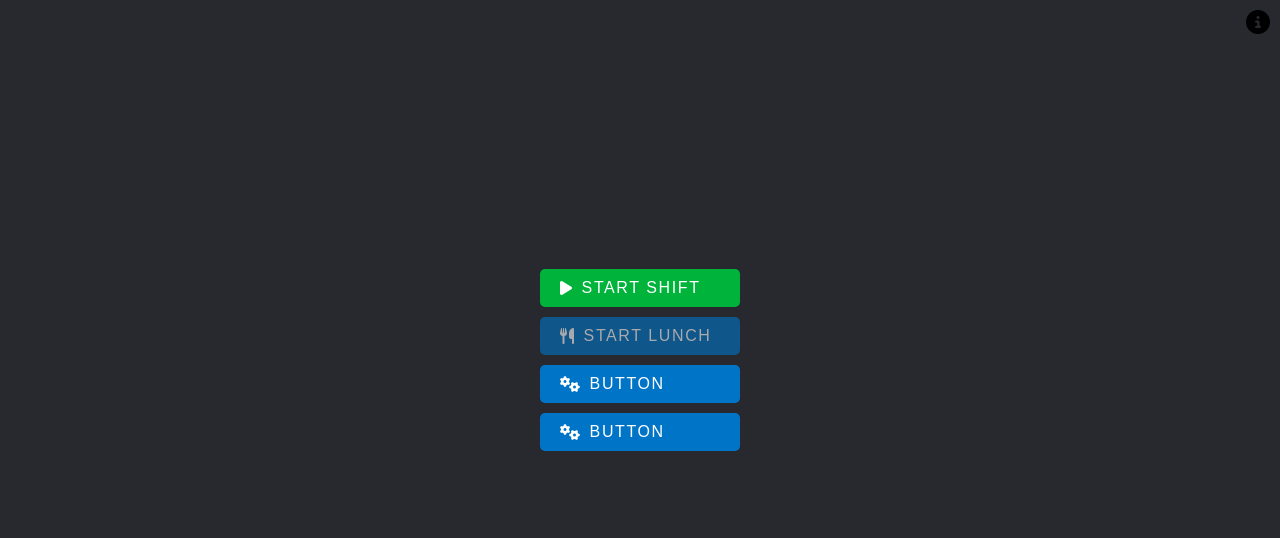
Repository: Philip-Rogers/button-state
Page: experiment.html
An editor plug-in stored every save of this project. The page is shown before and after a run of saves, followed by the edit.
The browser window is 1280 px wide. The pictures show the whole page.

Above is the page before, as saved 2024-08-14 18:15:08.

After the next 2 saves:
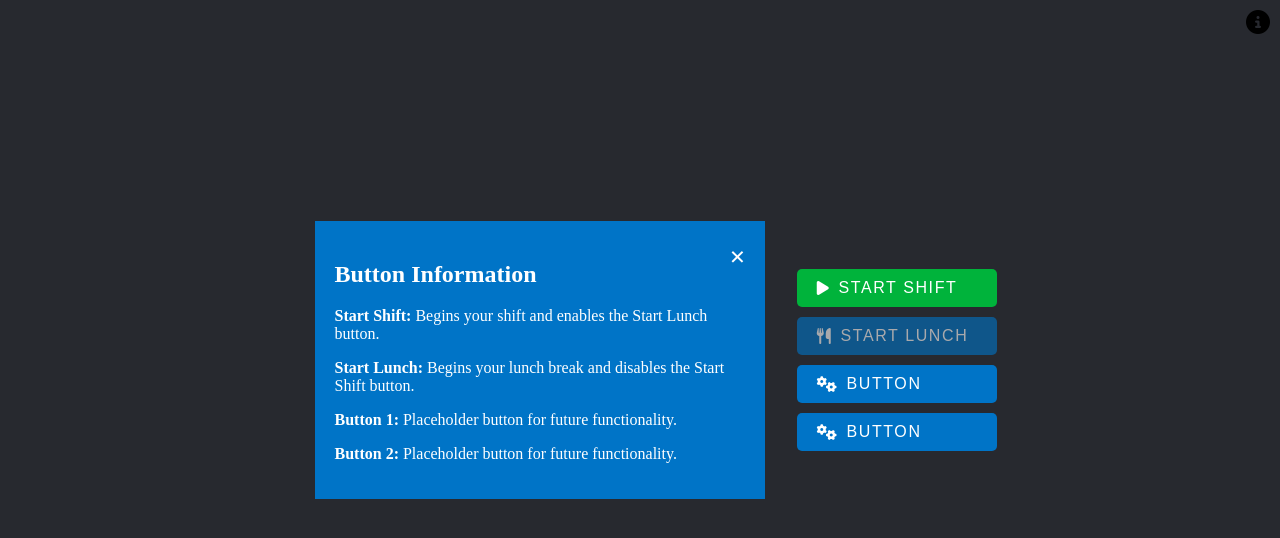
The 2 saves are shown as one change because they came seconds apart.
The last was saved 24 s later.
--- a/experiment.html
+++ b/experiment.html
@@ -11,6 +11,7 @@
         crossorigin="anonymous" referrerpolicy="no-referrer" />
     <style>
         /* Modal styles */
+        .info
         .modal {
             display: none;
             /* Hidden by default */

After the 6 saves that followed:
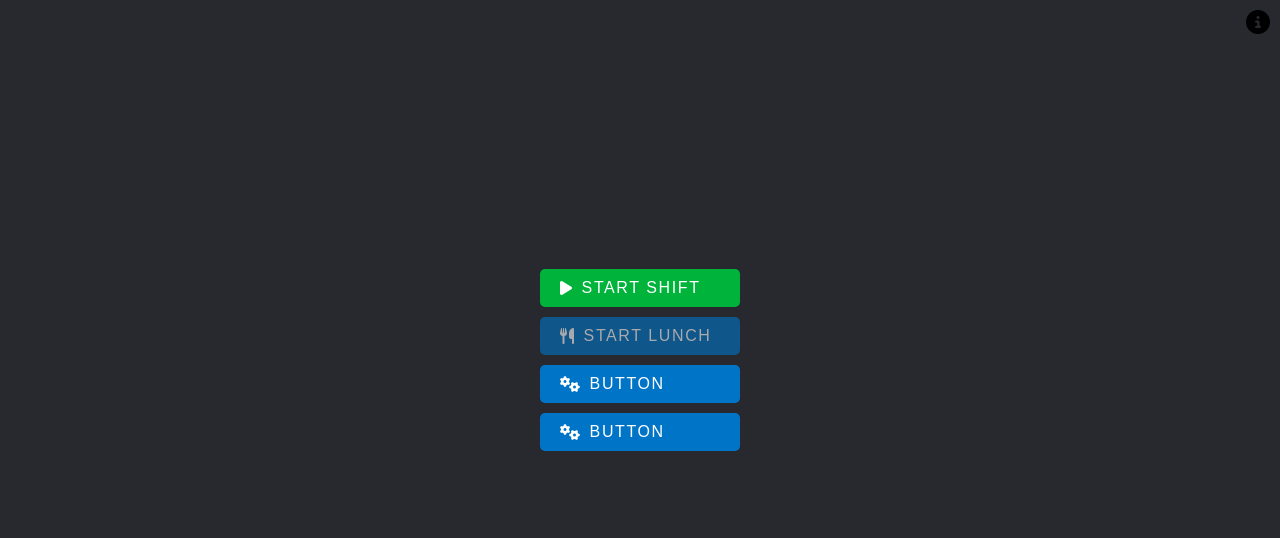
The 6 saves are shown as one change because 1 left the picture as it was and some came seconds apart.
The last was saved 23 s later.
--- a/experiment.html
+++ b/experiment.html
@@ -11,7 +11,12 @@
         crossorigin="anonymous" referrerpolicy="no-referrer" />
     <style>
         /* Modal styles */
-        .info
+        .infoModal {
+            display: flex;
+            flex-direction: column;
+            align-items: flex-start;
+        }
+
         .modal {
             display: none;
             /* Hidden by default */
